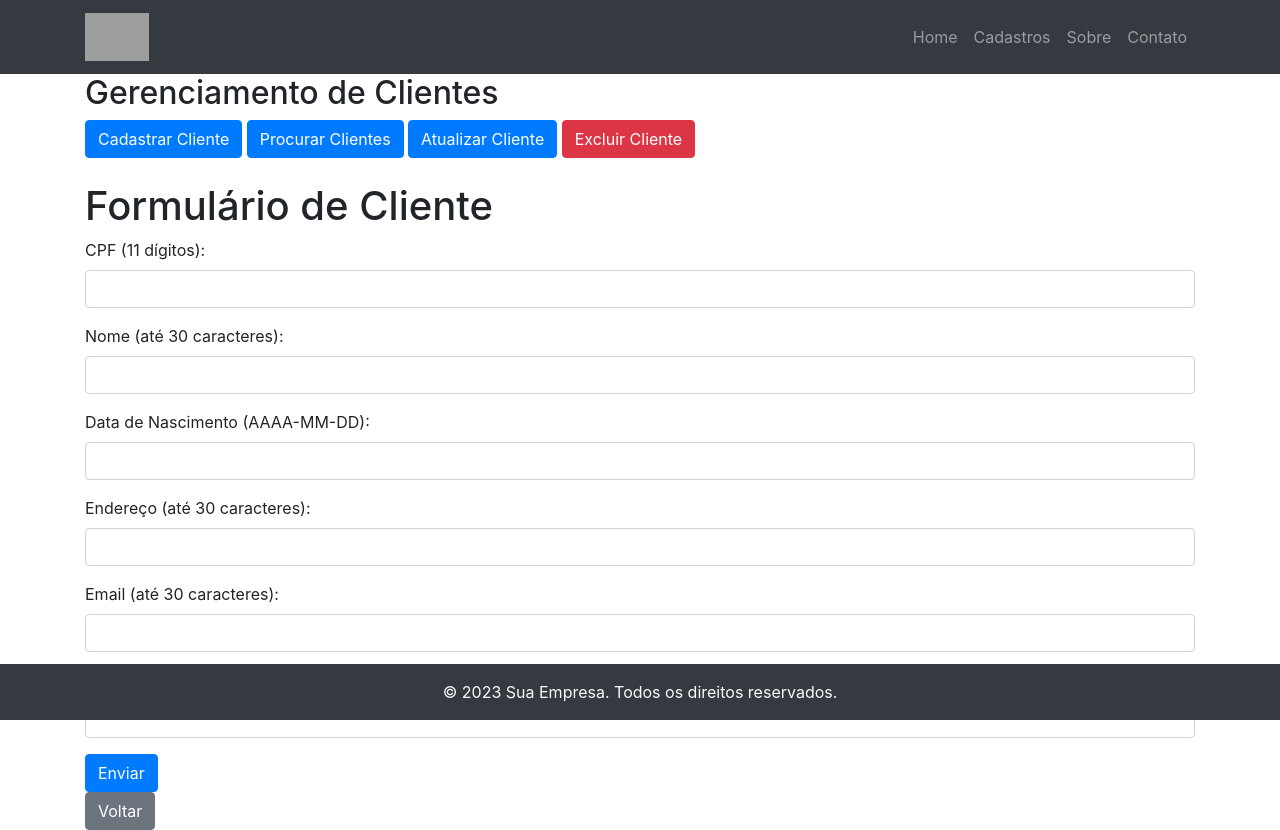
Repository: hagartelles/serveletProject
Page: http://localhost/BeltourServerlet/CreateClient.jsp
The author's editor kept a copy of each file at every save. The page is drawn from the files as they stood at one save, then again after the next save.
The browser window is 1280 px wide. The pictures show the whole page.
Pictures or frames that could not be fetched are drawn as grey boxes. The page is served by Tomcat 9.

Above is the page before, as saved 2023-11-06 02:24:00.

After the next save:
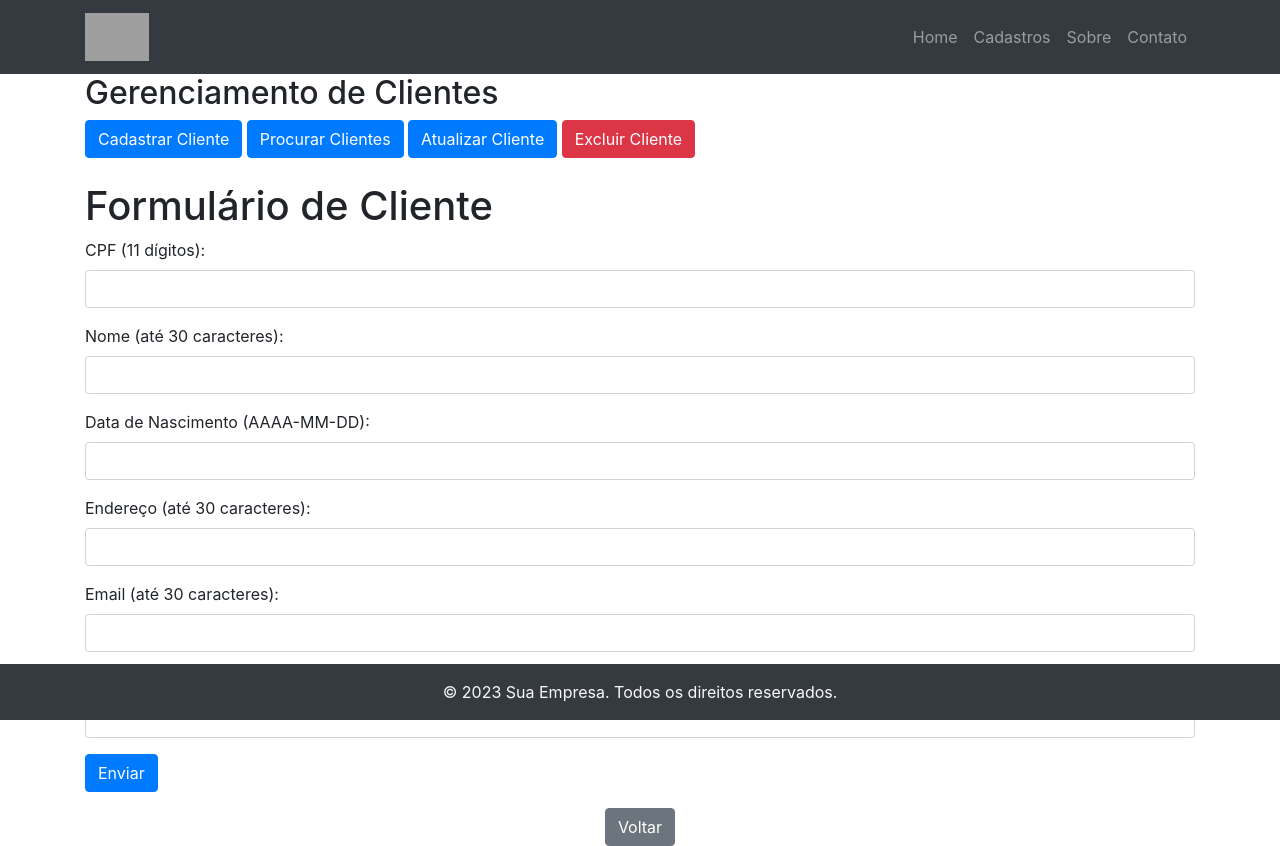
Saved 2 min 26 s later.
--- a/BeltourServerlet/src/main/webapp/CreateClient.jsp
+++ b/BeltourServerlet/src/main/webapp/CreateClient.jsp
@@ -84,13 +84,11 @@
 
             <button type="submit" class="btn btn-primary">Enviar</button>
         </form>
+    </div>
 
-
+    <div class="text-center mt-3">
+        <a href="index.html" class="btn btn-secondary">Voltar</a>
     </div>
-    <div class="container">
-    <!-- Botão para Voltar para o Index -->
-
-		<a href="index.html" class="btn btn-secondary">Voltar</a></div>
 
     <!-- Rodapé -->
     <footer class="bg-dark text-light text-center py-3 fixed-bottom">
